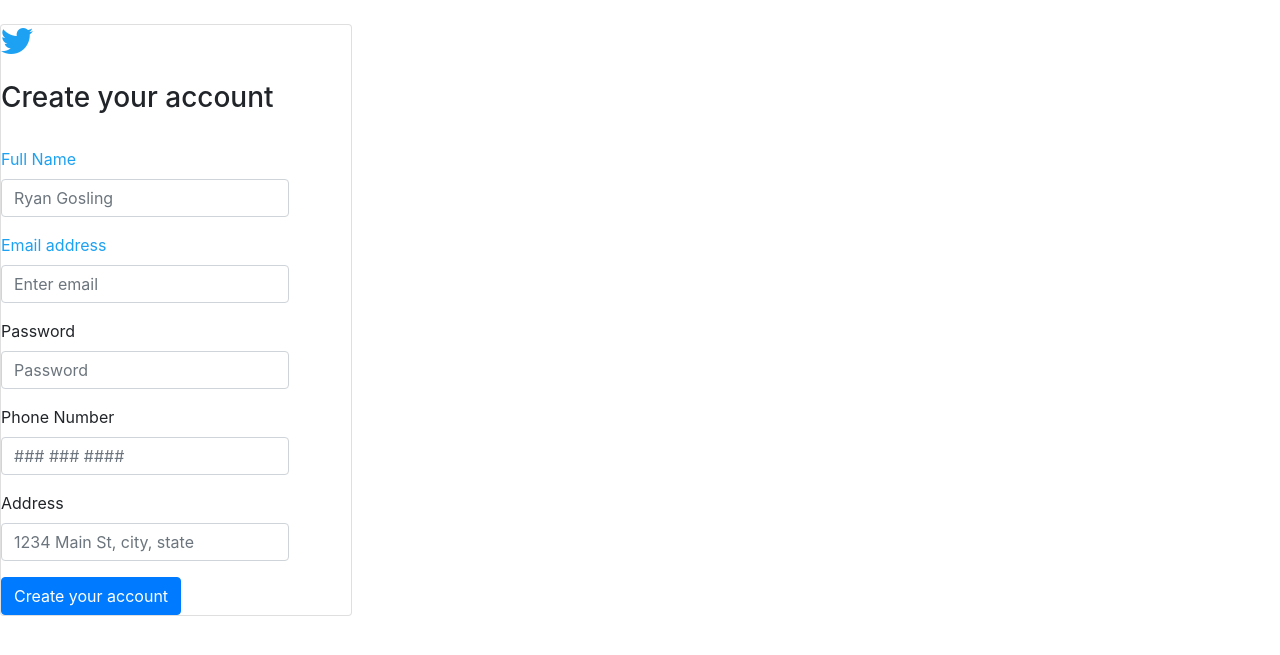
Repository: kavyashree088/AAKKS
Page: /Signup (app in Frontend/)
An editor plug-in stored every save of this project. The page is shown before and after the next save, followed by the edit.
The browser window is 1280 px wide. The pictures show the whole page.
Some web libraries are served in a nearby version. The project was rebuilt for these pictures with package versions that can differ from the ones it lists, and the page was loaded fresh each time. Also part of the build but not shown: Frontend/src/CSS/navbar.css, Frontend/src/Components/Home.js, Frontend/src/CSS/LandingPage.css, Frontend/src/Components/LandingPage/LandingPage.js.

Above is the page before, as saved 2019-11-16 14:31:42.

### Frontend/src/App.js
import React from 'react';
import { Component } from "react";
import { BrowserRouter as Router, Switch, Route } from "react-router-dom";
import Home from "./Components/Home"
import Signup from "./Components/LandingPage/Signup"

import LandingPage from './Components/LandingPage/LandingPage'

class App extends Component {
  render() {
    return (
      <Router>
        <Switch>
          <Route exact path="/" component={LandingPage}></Route>
          <Route exact path="/home" component={Home}></Route>
          <Route exact path="/Signup" component={Signup}></Route>


        </Switch>
      </Router>

    );
  }
}

export default App;

### Frontend/src/Components/LandingPage/Signup.js

import React, { Component } from 'react'
import axios from 'axios';
import { Redirect } from 'react-router'
import rooturl from './../../Config/settings.js'

import Form from 'react-bootstrap/Form'
import Button from 'react-bootstrap/Button'
import Card from 'react-bootstrap/Card'
import './../../CSS/Signup.css'

class Signup extends Component {

    constructor(props) {
        super(props)
        this.state = {
            buyerName: "",
            buyerEmailId: "",
            buyerPassword: "",
            buyerPhone: "",
            buyerAddress: "",
            finishedSignUp: false,
            message: ""
        }

        this.buyerNameChangeHandler = this.buyerNameChangeHandler.bind(this)
        this.emailIdChangeHandler = this.emailIdChangeHandler.bind(this)
        this.passwordChangeHandler = this.passwordChangeHandler.bind(this)
        this.phoneNumberChangeHandler = this.phoneNumberChangeHandler.bind(this)
        this.submitBuyerSignUp = this.submitBuyerSignUp.bind(this)
        this.addressChangeHandler = this.addressChangeHandler.bind(this)
    }
    buyerNameChangeHandler = (e) => {
        this.setState({
            buyerName: e.target.value
        })
    }
    emailIdChangeHandler = (e) => {
        this.setState({
            buyerEmailId: e.target.value
        })
    }
    passwordChangeHandler = (e) => {
        this.setState({
            buyerPassword: e.target.value
        })
    }

    phoneNumberChangeHandler = (e) => {
        this.setState({
            buyerPhone: e.target.value
        })
    }

    addressChangeHandler = (e) => {
        this.setState({
            buyerAddress: e.target.value
        })
    }

    submitBuyerSignUp = (e) => {
        //console.log("in submit ")
        e.preventDefault();
        console.log(this.state.message)
        const data = {
            buyerName: this.state.buyerName,
            buyerEmailId: this.state.buyerEmailId,
            buyerPassword: this.state.buyerPassword,
            buyerPhone: this.state.buyerPhone.substring(1, 4),
            buyerAddress: this.state.buyerAddress,
        }

        console.log("data is..")
        console.log(data);

        this.setState({
            message: "Buyer already exists"
        })

        axios.defaults.withCredentials = true;
        axios.post('http://' + rooturl + ':3001/signup', data)
            .then(response => {
                console.log("frontend")
                //console.log("Status Code : ", response.status);
                console.log("Response from Sign Up " + response);
                console.log(response);
                //console.log(response.message)
                if (response.data.responseMessage === "Successfully Added!") {
                    this.setState({
                        finishedSignUp: true,
                        message: "Buyer signed up successfully"
                    })
                } else {
                    this.setState({
                        finishedSignUp: false,
                        message: "Buyer already exists"
                    })
                }
            });
    }

    render() {
        var nextpage = null
        if (this.state.finishedSignUp === true) {
            nextpage = <Redirect to="/BuyerSignIn" />
        }
        return (
            <div>
                {nextpage}


                <br></br>
                <Card style={{ width: '22rem' }} >

                    <span className="fab fa-twitter" style={{
                        marginRight: "10px",
                        fontSize: "2rem",
                        color: "rgba(29,161,242,1.00)"
                    }}></span>
                    <br></br>


                    <h3>Create your account</h3>
                    <br></br>
                    <center>
                        <Form style={{ width: '18rem' }}>
                            <Form.Group controlId="formGridName" >
                                <Form.Label className="fontColor">Full Name</Form.Label>
                                <Form.Control placeholder="Ryan Gosling" required type="text" name="buyerName" onChange={this.buyerNameChangeHandler} />
                            </Form.Group>
                            <Form.Group controlId="formBasicEmail">
                                <Form.Label className="fontColor">Email address</Form.Label>
                                <Form.Control required type="email" placeholder="Enter email" name="buyerEmailId" onChange={this.emailIdChangeHandler} />
                            </Form.Group>

                            <Form.Group controlId="formBasicPassword">
                                <Form.Label>Password</Form.Label>
                                <Form.Control type="password" required placeholder="Password" required name="buyerPassword" onChange={this.passwordChangeHandler} />
                            </Form.Group>
                            <Form.Group controlId="formGridPhoneNumber">
                                <Form.Label>Phone Number</Form.Label>
                                <Form.Control required placeholder="### ### ####" input type="text" name="buyerPhone" maxLength="15" onChange={this.phoneNumberChangeHandler} />
                            </Form.Group>
                            <Form.Group controlId="formGridAddress1">
                                <Form.Label>Address</Form.Label>
                                <Form.Control placeholder="1234 Main St, city, state" required input type="text" name="address" onChange={this.addressChangeHandler} />
                            </Form.Group>
                            <Button variant="primary" type="submit" onClick={this.submitBuyerSignUp}>
                                Create your account
                    </Button>

                        </Form>
                        <br></br>
                    </center>
                </Card>

            </div>
        )
    }
}

export default Signup

### Frontend/src/Config/settings.js
const rooturl = "localhost";

export default rooturl;

### Frontend/src/CSS/Signup.css
*{
    float: left;

}
.input {
    padding: 20px;
    float: center;
    clear: both;
  }
.password{
    color : #BFC9CA ;
    font-size: 14px;
}
.signup{
    margin-top: 80px;
    padding: 60px;
    float: center;
    clear: both;
}
.font{
    font-family: "Helvetica Neue",Helvetica,Arial,sans-serif;
    margin-bottom: 40px
}
.button{
        border-radius: 100px;
        box-shadow: none;
        cursor: pointer;
        font-size: 14px;
        font-weight: bold;
        line-height: 20px;
        padding: 6px 16px;
        position: relative;
        text-align: center;
        white-space: nowrap;
        background-color: #fff;
        border: 1px solid #1da1f2;
        color: #1da1f2;
}
.fontColor{
    color: #1da1f2;
}

Loaded but not shown: Frontend/public/index.html (common file); Frontend/src/index.js (common file); Frontend/src/index.css (common file); Frontend/src/serviceWorker.js (common file)

After the next save:
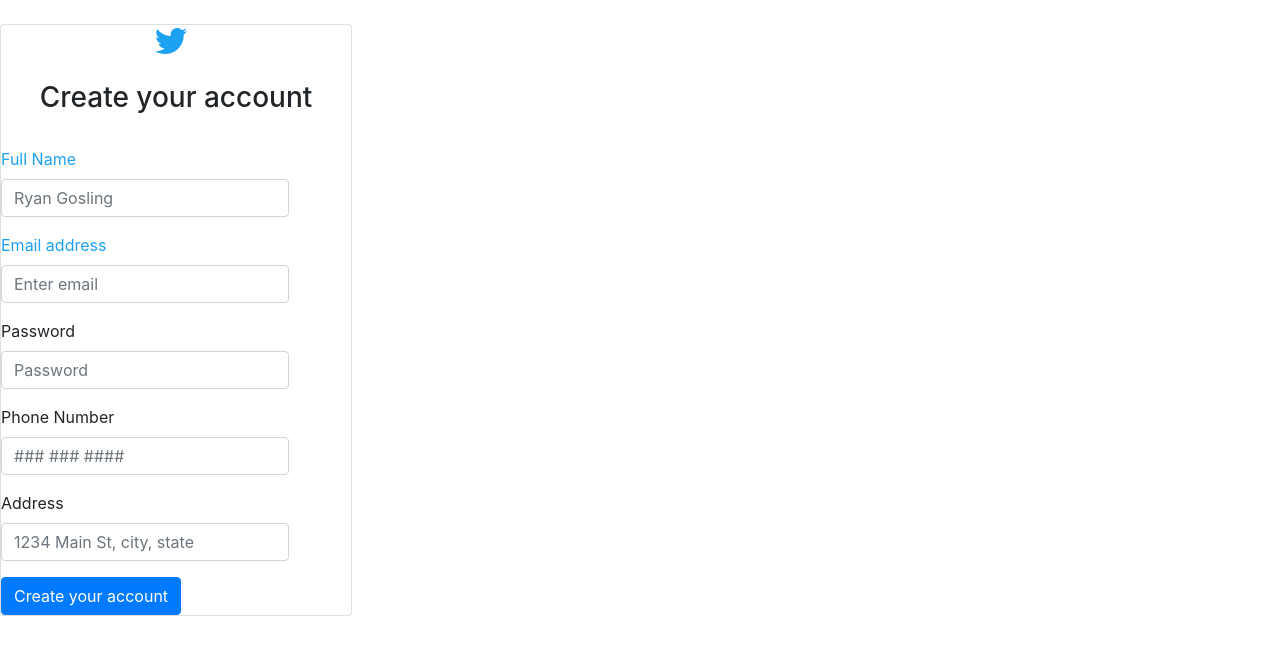
Saved 43 s later.
--- a/Frontend/src/Components/LandingPage/Signup.js
+++ b/Frontend/src/Components/LandingPage/Signup.js
@@ -110,6 +110,7 @@
 
 
                 <br></br>
+                <center>
                 <Card style={{ width: '22rem' }} >
 
                     <span className="fab fa-twitter" style={{
@@ -147,13 +148,13 @@
                             </Form.Group>
                             <Button variant="primary" type="submit" onClick={this.submitBuyerSignUp}>
                                 Create your account
-                    </Button>
+                            </Button>
 
                         </Form>
                         <br></br>
                     </center>
                 </Card>
-
+                </center>
             </div>
         )
     }
